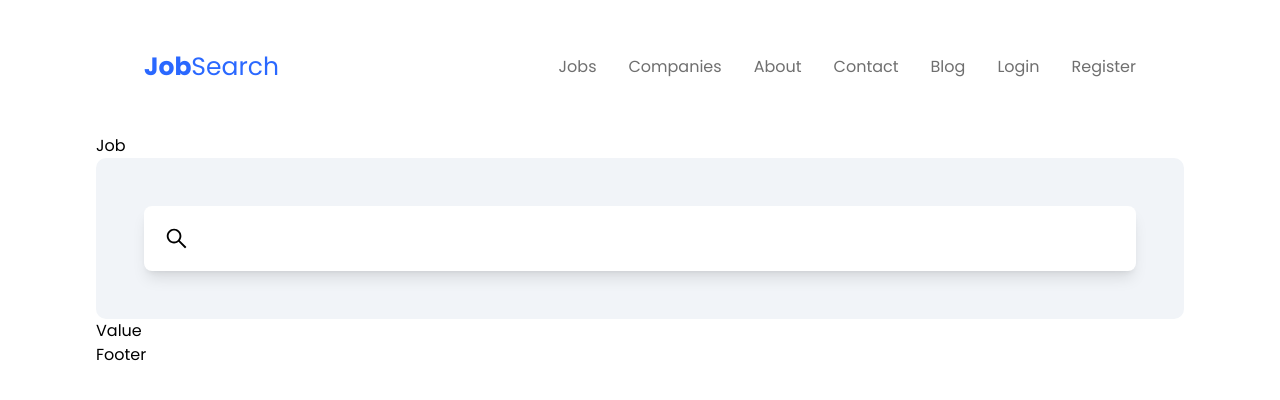
Repository: countaustin1990/Job-Search-website
Page: / (app in vite-project/)
An editor plug-in stored every save of this project. The page is shown before and after the next save, followed by the edit.
The browser window is 1280 px wide. The pictures show the whole page.
The project was rebuilt for these pictures with package versions that can differ from the ones it lists, and the page was loaded fresh each time. Also part of the build but not shown: vite-project/vite.config.js.

Above is the page before, as saved 2023-08-12 15:20:40.

After the next save:
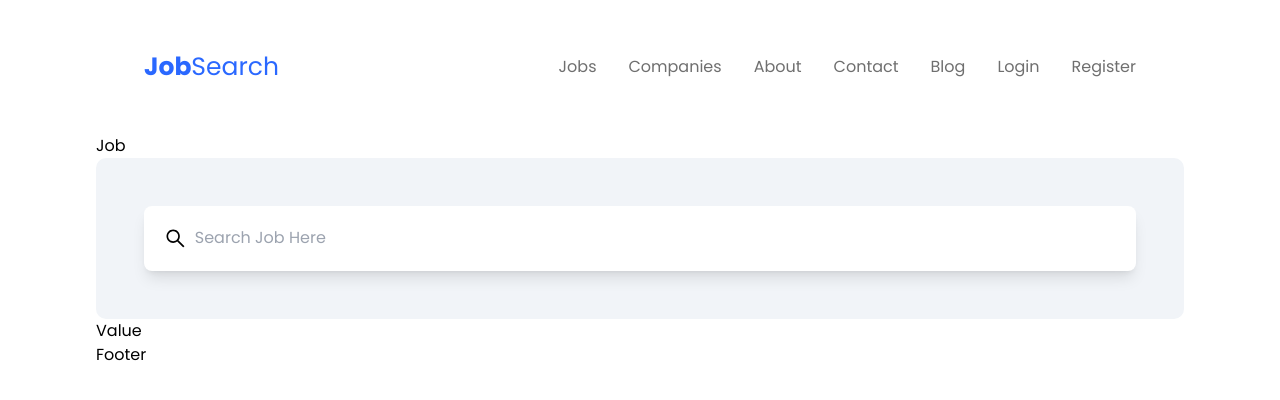
Saved 2 min 37 s later.
--- a/vite-project/src/components/Search.jsx
+++ b/vite-project/src/components/Search.jsx
@@ -8,7 +8,7 @@ const Search = () => {
                     <div className='flex gap-2 items-center'>
                        <div className="flex gap-2 items-center">
                             <AiOutlineSearch className='text-[25px] icon'/>
-                            <input type="text" className='bg-transparent text-blue-500 focus:outline-no'/>
+                            <input type="text" className='bg-transparent text-blue-500 focus:outline-none w-[100%]' placeholder='Search Job Here'/>
                         </div>
                     </div>
                 </div>
